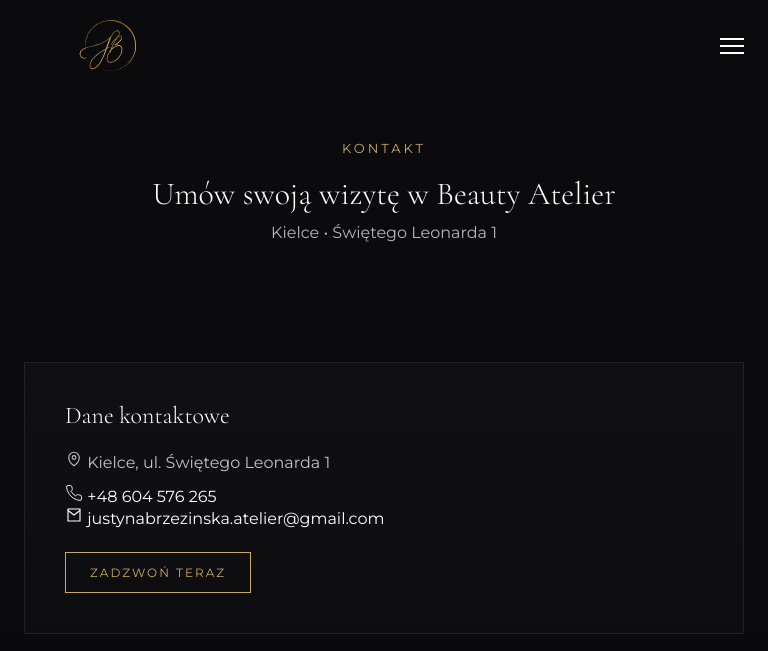
Repository: justynabrzezinskaatelier-bot/justynabrzezinska
Page: /kontakt
The author's editor kept a copy of each file at every save. The page is drawn from the files as they stood at one save, then again after the next save.
The browser window is 768 px wide. The pictures show the part of the page from y = 0 to 651 px (the page is 1054 px tall before and 1030 px after).
Pictures or frames that could not be fetched are drawn as grey boxes. The project was rebuilt for these pictures with package versions that can differ from the ones it lists, and the page was loaded fresh each time. The framework's server and built-in components were replaced by stand-ins that run in the browser. Also part of the build but not shown: next.config.ts.

Above is the page before, as saved 2026-05-08 18:48:37.

### src/app/layout.tsx
import type { Metadata, Viewport } from "next";
import { Cormorant_Garamond, Montserrat } from "next/font/google";
import Navbar from "@/components/Navbar/Navbar";

import "@/styles/globals.css";

const cormorant = Cormorant_Garamond({
  subsets: ["latin"],
  variable: "--font-heading",
});

const montserrat = Montserrat({
  subsets: ["latin"],
  variable: "--font-body",
});

export const metadata: Metadata = {
  title: "Justyna Brzezińska Beauty Atelier",
  description:
    "Makijaż i stylizacja włosów w Kielcach. Makeup & Hair Studio.",

  icons: {
    icon: [
      {
        url: "/favicon.ico",
      },
      {
        url: "/favicon.svg",
        type: "image/svg+xml",
      },
      {
        url: "/favicon-96x96.png",
        sizes: "96x96",
        type: "image/png",
      },
    ],

    apple: "/apple-touch-icon.png",

    shortcut: "/favicon.ico",
  },

  manifest: "/site.webmanifest",

  appleWebApp: {
    title: "JB Atelier",
  },
};

export const viewport: Viewport = {
  themeColor: "#0a0a0a",
};

export default function RootLayout({
  children,
}: Readonly<{
  children: React.ReactNode;
}>) {
  return (
    <html lang="pl">
      <body className={`${cormorant.variable} ${montserrat.variable}`}>
        <Navbar />
        {children}
      </body>
    </html>
  );
}

### src/app/kontakt/page.tsx
import styles from "./Kontakt.module.css";

export const metadata = {
    title: "Kontakt | Beauty Atelier Kielce",
    description:
        "Skontaktuj się z Justyna Brzezińska Beauty Atelier w Kielcach. Makijaż ślubny, okolicznościowy i stylizacja włosów.",
};

export default function KontaktPage() {
    return (
        <main className={styles.page}>

            {/* HERO */}
            <section className={styles.hero}>
                <p className={styles.label}>Kontakt</p>

                <h1 className={styles.title}>
                    Umów swoją wizytę w Beauty Atelier
                </h1>

                <p className={styles.subtitle}>
                    Kielce • Świętego Leonarda 1
                </p>
            </section>

            {/* CONTENT */}
            <section className={styles.content}>

                {/* CARD */}
                <div className={styles.card}>
                    <h2>Dane kontaktowe</h2>

                    {/* ADDRESS */}
                    <div className={styles.row}>

                        <p><IconPin /> Kielce, ul. Świętego Leonarda 1</p>
                    </div>

                    {/* PHONE */}
                    <div className={styles.row}>

                        <a href="tel:+48604576265">
                            <IconPhone /> +48 604 576 265
                        </a>
                    </div>

                    {/* EMAIL */}
                    <div className={styles.row}>

                        <a
                            href="mailto:justynabrzezinska.atelier@gmail.com?subject=Rezerwacja wizyty Beauty Atelier&body=Dzień dobry,%0D%0AChciałabym umówić wizytę."
                        >
                            <IconMail /> justynabrzezinska.atelier@gmail.com
                        </a>
                    </div>

                    <a className={styles.cta} href="tel:+48604576265">
                        Zadzwoń teraz
                    </a>
                </div>

                {/* MAP */}
                <div className={styles.mapWrapper}>
                    <iframe
                        title="Beauty Atelier Kielce"
                        src="https://www.google.com/maps/embed?pb=!1m18!1m12!1m3!1d2517.940894662408!2d20.63242807581087!3d50.86929395711909!2m3!1f0!2f0!3f0!3m2!1i1024!2i768!4f13.1!3m3!1m2!1s0x47182788135d02d9%3A0x621e00686da80630!2sJustyna%20Brzezi%C5%84ska%20Beauty%20Atelier%20-%20Make%20Up%20%26%20Hair%20Studio!5e0!3m2!1spl!2spl!4v1778258333331!5m2!1spl!2spl"
                        loading="lazy"
                        referrerPolicy="no-referrer-when-downgrade"
                        allowFullScreen
                    />
                </div>

            </section>
        </main>
    );
}
function IconPin() {
    return (
        <svg width="18" height="18" viewBox="0 0 24 24" fill="none">
            <path
                d="M12 21s7-4.35 7-11a7 7 0 1 0-14 0c0 6.65 7 11 7 11z"
                stroke="currentColor"
                strokeWidth="1.5"
            />
            <circle
                cx="12"
                cy="10"
                r="2.5"
                stroke="currentColor"
                strokeWidth="1.5"
            />
        </svg>
    );
}

function IconPhone() {
    return (
        <svg width="18" height="18" viewBox="0 0 24 24" fill="none">
            <path
                d="M22 16.92v3a2 2 0 0 1-2.18 2
        19.79 19.79 0 0 1-8.63-3.07
        19.5 19.5 0 0 1-6-6
        19.79 19.79 0 0 1-3.07-8.67A2 2 0 0 1 4.11 2h3a2 2 0 0 1 2 1.72
        c.12.86.31 1.7.57 2.5a2 2 0 0 1-.45 2.11L8.09 9.91
        a16 16 0 0 0 6 6l1.58-1.14a2 2 0 0 1 2.11-.45
        c.8.26 1.64.45 2.5.57A2 2 0 0 1 22 16.92z"
                stroke="currentColor"
                strokeWidth="1.2"
            />
        </svg>
    );
}

function IconMail() {
    return (
        <svg width="18" height="18" viewBox="0 0 24 24" fill="none">
            <path
                d="M4 4h16v16H4V4z"
                stroke="currentColor"
                strokeWidth="1.5"
            />
            <path
                d="M4 6l8 6 8-6"
                stroke="currentColor"
                strokeWidth="1.5"
            />
        </svg>
    );
}

### src/components/Navbar/Navbar.tsx
"use client";

import { useEffect, useState } from "react";
import Image from "next/image";
import Link from "next/link";
import styles from "./Navbar.module.css";

const links = [
    { label: "Start", href: "/" },
    { label: "Usługi", href: "/uslugi" },
    { label: "Portfolio", href: "/portfolio" },
    { label: "Opinie", href: "/opinie" },
    { label: "Kontakt", href: "/kontakt" },
];

export default function Navbar() {
    const [isOpen, setIsOpen] = useState(false);
    const [isScrolled, setIsScrolled] = useState(false);

    // SCROLL EFFECT
    useEffect(() => {
        const handleScroll = () => {
            setIsScrolled(window.scrollY > 24);
        };

        handleScroll();

        window.addEventListener("scroll", handleScroll, {
            passive: true,
        });

        return () => {
            window.removeEventListener("scroll", handleScroll);
        };
    }, []);

    // BODY SCROLL LOCK
    useEffect(() => {
        document.body.style.overflow = isOpen ? "hidden" : "";

        return () => {
            document.body.style.overflow = "";
        };
    }, [isOpen]);

    const closeMenu = () => setIsOpen(false);

    return (
        <>
            <header
                className={`${styles.header} ${isScrolled ? styles.scrolled : ""
                    }`}
            >
                <div className={styles.inner}>

                    {/* LOGO */}
                    <Link
                        href="/"
                        className={styles.logo}
                        aria-label="Justyna Brzezińska Beauty Atelier"
                    >
                        <Image
                            src="/JB-logo.svg"
                            alt="Justyna Brzezińska Beauty Atelier"
                            width={170}
                            height={55}
                            priority
                        />
                    </Link>

                    {/* DESKTOP NAV */}
                    <nav
                        className={styles.nav}
                        aria-label="Nawigacja główna"
                    >
                        {links.map((link) => (
                            <Link
                                key={link.href}
                                href={link.href}
                                className={styles.navLink}
                            >
                                {link.label}
                            </Link>
                        ))}
                    </nav>

                    {/* CTA */}
                    <Link
                        href="/kontakt"
                        className={styles.cta}
                    >
                        Umów wizytę
                    </Link>

                    {/* BURGER */}
                    <button
                        type="button"
                        className={styles.burger}
                        onClick={() => setIsOpen(true)}
                        aria-label="Otwórz menu"
                        aria-expanded={isOpen}
                        aria-controls="mobile-menu"
                    >
                        <span />
                        <span />
                        <span />
                    </button>
                </div>
            </header>

            {/* OVERLAY */}
            {isOpen && (
                <button
                    type="button"
                    aria-label="Zamknij menu"
                    className={styles.overlay}
                    onClick={closeMenu}
                />
            )}

            {/* MOBILE MENU */}
            <aside
                id="mobile-menu"
                className={`${styles.mobileMenu} ${isOpen ? styles.open : ""
                    }`}
                aria-hidden={!isOpen}
            >
                {/* CLOSE */}
                <button
                    type="button"
                    className={styles.close}
                    onClick={closeMenu}
                    aria-label="Zamknij menu"
                >
                    ×
                </button>

                <div className={styles.mobileContent}>

                    {/* MOBILE LOGO */}
                    <Link
                        href="/"
                        className={styles.mobileLogo}
                        onClick={closeMenu}
                        aria-label="Strona główna"
                    >
                        <Image
                            src="/Logo.svg"
                            alt="Logo Beauty Atelier"
                            width={250}
                            height={250}
                            priority
                        />
                    </Link>

                    {/* MOBILE NAV */}
                    <nav
                        className={styles.mobileNav}
                        aria-label="Menu mobilne"
                    >
                        {links.map((link) => (
                            <Link
                                key={link.href}
                                href={link.href}
                                className={styles.mobileLink}
                                onClick={closeMenu}
                            >
                                {link.label}
                            </Link>
                        ))}
                    </nav>

                    {/* MOBILE CTA */}
                    <Link
                        href="/kontakt"
                        className={styles.mobileCTA}
                        onClick={closeMenu}
                    >
                        Umów wizytę
                    </Link>
                </div>
            </aside>
        </>
    );
}

### src/styles/globals.css
* {
  margin: 0;
  padding: 0;
  box-sizing: border-box;
}

:root {
  --background: #0a0a0a;
  --text: #f5f5f5;

  --gold: #c6a769;
  --gold-light: #e2c78f;

  --pink: #d8b4b4;

  --container: 1280px;

  --font-heading: serif;
  --font-body: sans-serif;
}

html {
  scroll-behavior: smooth;
}

body {
  background: var(--background);
  color: var(--text);
  font-family: var(--font-body);
}

h1,
h2,
h3,
h4 {
  font-family: var(--font-heading);
  font-weight: 500;
  line-height: 1.1;
}

img {
  max-width: 100%;
  display: block;
}

button,
input,
textarea {
  font: inherit;
}

a {
  color: inherit;
  text-decoration: none;
}

.container {
  width: 100%;
  max-width: var(--container);
  margin: 0 auto;
  padding: 0 24px;
}

### src/app/kontakt/Kontakt.module.css
.page {
    background: #0b0b0d;
    color: white;
    min-height: 100vh;
}

/* HERO */
.hero {
    padding: 140px 24px 60px;
    text-align: center;
}

.label {
    color: #c8a96a;
    letter-spacing: 3px;
    text-transform: uppercase;
    font-size: 13px;
}

.title {
    font-size: 44px;
    font-weight: 300;
    margin-top: 20px;
}

.subtitle {
    margin-top: 12px;
    color: rgba(255, 255, 255, 0.7);
}

/* CONTENT */
.content {
    max-width: 1100px;
    margin: 0 auto;
    padding: 60px 24px;

    display: grid;
    grid-template-columns: 1fr 1fr;
    gap: 40px;
}

/* CARD */
.card {
    border: 1px solid rgba(255, 255, 255, 0.08);
    padding: 40px;
    background: linear-gradient(180deg,
            rgba(255, 255, 255, 0.02),
            rgba(255, 255, 255, 0.01));
}

.card h2 {
    font-size: 24px;
    margin-bottom: 20px;
    font-weight: 300;
}

.card p {
    margin-bottom: 12px;
    color: rgba(255, 255, 255, 0.75);
}

.cta {
    display: inline-block;
    margin-top: 24px;
    padding: 12px 24px;
    border: 1px solid #c8a96a;
    color: #c8a96a;
    text-transform: uppercase;
    letter-spacing: 2px;
    font-size: 12px;
}

/* MAP */
.mapWrapper {
    position: relative;
    width: 100%;
    height: 480px;

    border-radius: 18px;
    overflow: hidden;

    border: 1px solid rgba(200, 169, 106, 0.25);

    box-shadow:
        0 20px 60px rgba(0, 0, 0, 0.6),
        inset 0 0 40px rgba(200, 169, 106, 0.08);

    transition: transform 0.3s ease, box-shadow 0.3s ease;
}

/* IFRAME */
.mapWrapper iframe {
    width: 100%;
    height: 100%;
    border: 0;

    /* luxury filter */
    filter: grayscale(1) contrast(1.05) brightness(0.95);
    transition: filter 0.4s ease;
}

/* HOVER PREMIUM EFFECT */
.mapWrapper:hover {
    transform: translateY(-4px);
    box-shadow:
        0 30px 80px rgba(0, 0, 0, 0.7),
        0 0 40px rgba(200, 169, 106, 0.12);
}

.mapWrapper:hover iframe {
    filter: grayscale(0.6) contrast(1.1) brightness(1);
}

/* MOBILE */
@media (max-width: 768px) {
    .mapWrapper {
        height: 320px;
        border-radius: 14px;
    }
}

/* MOBILE */
@media (max-width: 900px) {
    .content {
        grid-template-columns: 1fr;
    }

    .title {
        font-size: 32px;
    }
}

### src/components/Navbar/Navbar.module.css
.header {
    position: fixed;
    top: 0;
    width: 100%;
    z-index: 100;
    transition: all 0.3s ease;
}

.scrolled {
    background: rgba(11, 11, 13, 0.6);
    backdrop-filter: blur(12px);
    border-bottom: 1px solid rgba(200, 169, 106, 0.15);
}

.inner {
    max-width: 1200px;
    margin: 0 auto;
    padding: 18px 24px;
    display: flex;
    align-items: center;
    justify-content: space-between;
}

/* LOGO */
.logo {
    display: flex;
    align-items: center;
}

/* NAV */
.nav {
    display: flex;
    gap: 32px;
}

.nav a {
    color: #fff;
    font-size: 14px;
    letter-spacing: 1px;
    text-transform: uppercase;
    opacity: 0.8;
    transition: 0.3s;
}

.nav a:hover {
    opacity: 1;
    color: #c8a96a;
}

/* CTA */
.cta {
    padding: 10px 18px;
    border: 1px solid #c8a96a;
    color: #c8a96a;
    font-size: 13px;
    text-transform: uppercase;
    letter-spacing: 1px;
    transition: 0.3s;
}

.cta:hover {
    background: #c8a96a;
    color: #0b0b0d;
}

/* BURGER */
.burger {
    display: none;
    flex-direction: column;
    gap: 5px;
    background: none;
    border: none;
}

.burger span {
    width: 24px;
    height: 2px;
    background: white;
    transition: 0.3s;
}

/* OVERLAY */
.overlay {
    position: fixed;
    inset: 0;
    background: rgba(0, 0, 0, 0.6);
    backdrop-filter: blur(8px);
    z-index: 90;
}

/* MOBILE MENU */
.mobileMenu {
    position: fixed;
    inset: 0;
    width: 100vw;
    height: 100vh;
    background: rgba(11, 11, 13, 0.98);
    backdrop-filter: blur(18px);
    z-index: 1000;

    display: flex;
    justify-content: center;
    align-items: center;

    opacity: 0;
    pointer-events: none;
    transition: opacity 0.4s ease;
}

/* OPEN STATE */
.open {
    opacity: 1;
    pointer-events: all;
}

.mobileContent {
    display: flex;
    flex-direction: column;
    align-items: center;
    text-align: center;
    gap: 40px;

    transform: scale(0.98);
    animation: fadeIn 0.5s ease forwards;
}

/* LOGO */
.mobileLogo {
    margin-bottom: 10px;
}

/* NAV LINKS - LUXURY TYPOGRAPHY */
.mobileNav {
    display: flex;
    flex-direction: column;
    gap: 22px;
}

.mobileNav a {
    font-size: 22px;
    letter-spacing: 2px;
    text-transform: uppercase;
    color: #ffffff;
    opacity: 0.75;
    transition: 0.3s;
}

.mobileNav a:hover {
    opacity: 1;
    color: #c8a96a;
}

/* CTA */
.mobileCTA {
    margin-top: 20px;
    padding: 14px 28px;
    border: 1px solid #c8a96a;
    color: #c8a96a;
    text-transform: uppercase;
    letter-spacing: 2px;
    font-size: 13px;
    transition: 0.3s;
}

.mobileCTA:hover {
    background: #c8a96a;
    color: #0b0b0d;
}

/* CLOSE BUTTON */
.close {
    position: absolute;
    top: 24px;
    right: 24px;
    font-size: 36px;
    background: none;
    border: none;
    color: white;
    opacity: 0.6;
    transition: 0.3s;
}

.close:hover {
    opacity: 1;
}

/* ANIMATION */
@keyframes fadeIn {
    from {
        opacity: 0;
        transform: scale(0.96);
    }

    to {
        opacity: 1;
        transform: scale(1);
    }
}

/* RESPONSIVE */
@media (max-width: 900px) {

    .nav,
    .cta {
        display: none;
    }

    .burger {
        display: flex;
    }
}

After the next save:
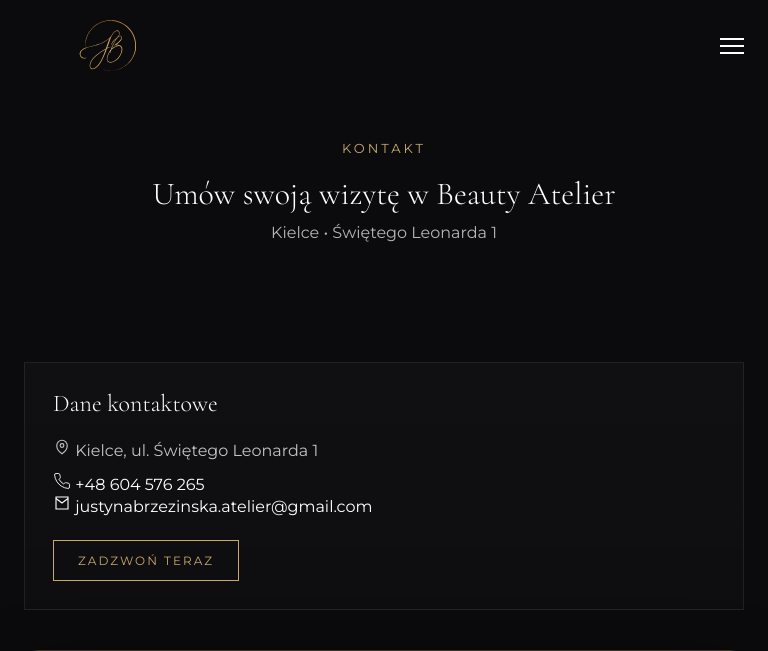
Saved 114 s later.
--- a/src/app/kontakt/Kontakt.module.css
+++ b/src/app/kontakt/Kontakt.module.css
@@ -125,6 +125,11 @@
         grid-template-columns: 1fr;
     }
 
+    .card {
+        padding: 28px;
+        align-items: center;
+    }
+
     .title {
         font-size: 32px;
     }
